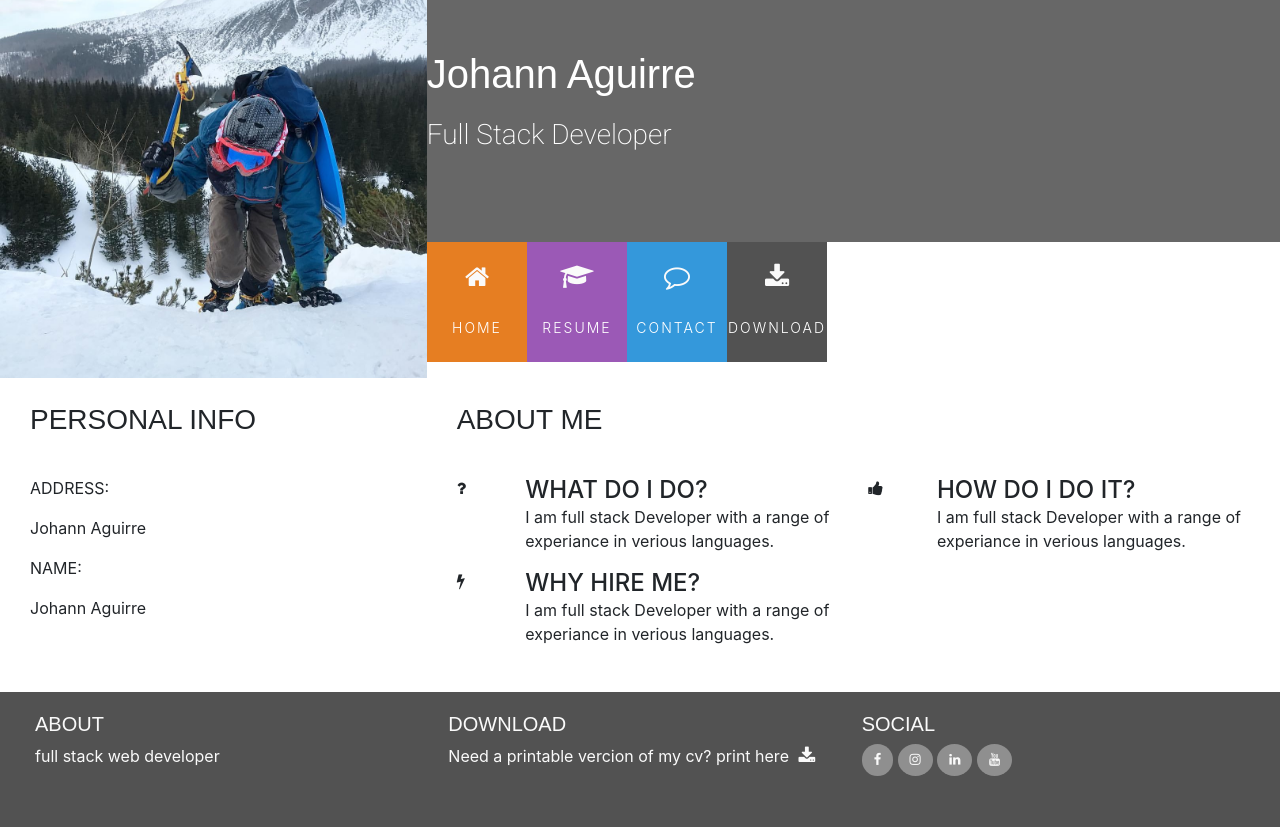
Repository: cachimiro/cv
Page: index.html
The author's editor kept a record of every edit. The page is drawn from the files as they stood at one moment, then again after the next edit.
The browser window is 1280 px wide. The pictures show the whole page.
Some web fonts or font styles are not loaded; a fallback is used. Some web libraries are served in a nearby version.

Above is the page before.

### index.html
<!DOCTYPE html>
<html lang="en">

<head>
    <meta charset="UTF-8">
    <meta name="viewport" content="width=device-width, initial-scale=1.0">
    <meta http-equiv="X-UA-Compatible" content="ie=edge">
    <link rel="stylesheet" href="https://stackpath.bootstrapcdn.com/bootstrap/4.2.1/css/bootstrap.min.css" type="text/css" />
    <link rel="stylesheet" href="https://stackpath.bootstrapcdn.com/font-awesome/4.7.0/css/font-awesome.min.css" type="text/css" />
    <link rel="stylesheet" href="https://cdnjs.cloudflare.com/ajax/libs/hover.css/2.3.1/css/hover-min.css" type="text/css" />
    <link rel="stylesheet" href="css/style.css" type="text/css" />
    <title>Johann Aguirre</title>
</head>

<body>
    <header>
        <div class="row no-gutters">
            <a href="index.html" class="col-md-4 logo">

            </a>
            <div class="col-md-8">
                <div class="row no-gutters">
                    <div class="col heading bg-color-name-title">
                        <h1 class="name">Johann Aguirre</h1>
                        <h2 class="title">Full Stack Developer</h2>

                    </div>
                </div>
                <div class="row no-gutters inline-block">
                    <div class="col"></div>
                    <ul id="nav" class="list-inline menucontainer">
                        <li class="col-6 col-sm-3 ui-menu-color-home list-inline-item menuitem">
                            <a href="#" class="hvr-sweep-to-bottom"><i class="fa fa-home " aria-hidden="true"></i><span>Home</span></a>
                        </li>
                        <li class="col-6 col-sm-3 ui-menu-color-resume list-inline-item menuitem">
                            <a href="#" class="hvr-sweep-to-bottom"><i class="fa fa-graduation-cap"aria-hidden="true"></i> <span>Resume</span></a>
                        </li>
                        <li class="col-6 col-sm-3 ui-menu-color-contact list-inline-item menuitem">
                            <a href="#" class="hvr-sweep-to-bottom"><i class="fa fa-comment-o" aria-hidden="true"></i><span>Contact</span></a>
                        </li>
                        <li class="col-6 col-sm-3 ui-menu-color-download list-inline-item menuitem">
                            <a href="#" class="hvr-sweep-to-bottom"><i class="fa fa-download" aria-hidden="true"></i><span>Download</span></a>
                        </li>

                        </li>
                    </ul>

                </div>

            </div>
        </div>
    </header>
    <section class="container-fluid">
        <div class="row">
            <div class="col-md-4 bg-color-personal-info section-column">
                <div class="row">
                    <div class="col-12">
                        <h3 class="section-heading uppercase">Personal Info</h3>
                    </div>
                </div>
                <div class="personal-info-item">
                    <div class="key">
                        <p class="uppercase">
                            ADDRESs:

                        </p>
                    </div>
                    <div class="value">
                        <p>
                            Johann Aguirre

                        </p>
                    </div>
                </div>
                 <div class="personal-info-item">
                    <div class="key">
                        <p class="uppercase">
                            NAME:

                        </p>
                    </div>
                    <div class="value">
                        <p>
                            Johann Aguirre

                        </p>
                    </div>
                </div>
            </div>
            <div class="col-md-8 bg-color-three-reasons section-column">
                <div class="row">
                    <div class="col">
                        <h3 class="section-heading uppercase">About Me</h3>
                    </div>
                </div>
                    <div class="row">
                        <div class="col-10 offset-1 offset-sm-0 col-sm-4 col-md-6">
                            <div class="row">
                                <div class="col-2">
                                    <i class="three-reasons-icon fa fa-question" aria-hidden="true"></i>
                                </div>
                                <div class="col-10">
                                    <h4 class="three-reasons-heading uppercase">What Do I Do?</h4>
                                    <p>I am full stack Developer with a range of experiance in verious languages.</p>
                                </div>
                            </div>
                        </div>
                         <div class="col-10 offset-1 offset-sm-0 col-sm-4 col-md-6">
                            <div class="row">
                                <div class="col-2">
                                    <i class="three-reasons-icon fa fa-thumbs-up" aria-hidden="true"></i>
                                </div>
                                <div class="col-10">
                                    <h4 class="three-reasons-heading uppercase">How do I do it?</h4>
                                    <p>I am full stack Developer with a range of experiance in verious languages.</p>
                                </div>
                            </div>
                        </div>
                         <div class="col-10 offset-1 offset-sm-0 col-sm-4 col-md-6">
                            <div class="row">
                                <div class="col-2">
                                    <i class="three-reasons-icon fa fa-bolt" aria-hidden="true"></i>
                                </div>
                                <div class="col-10">
                                    <h4 class="three-reasons-heading uppercase">why hire me?</h4>
                                    <p>I am full stack Developer with a range of experiance in verious languages.</p>
                                </div>
                            </div>
                        </div>

                    </div>

            </div>
        </div>


    </section>
    <footer class="container-fluid">
        <div id="footer-detail" class="row">
            <div class="col-sm-4">
                <h5 class="uppercase general-sub">About</h5>
                <p class="inline-block">full stack web developer</p>
            </div>
            <div class="col-sm-4">
                <h5 class="uppercase general-sub">Download</h5>
                <p class="inline-block"> Need a printable vercion of my cv? print here
                    <a href="#" target="_blank" class="cv-pdf">
                <i class="fa fa-download" aria-hidden="true"></i>
                <span class="sr-only">Download link</span>
                </a>
                </p>
            </div>
            <div class="col-sm-4">
                <h5 class="uppercase general-sub">Social</h5>
                <ul class="list-inline social-links">
                    <li class="list-inline-item">
                        <a target="_blank" href="#">
                            <i class="fa fa-facebook" aria-hidden="true"></i>
                            <span class="sr-only">Facebook</span>
                        </a>
                    </li>
                    <li class="list-inline-item">
                        <a target="_blank" href="#">
                            <i class="fa fa-instagram" aria-hidden="true"></i>
                            <span class="sr-only">Instagram</span>
                        </a>
                    </li>
                    <li class="list-inline-item">
                        <a target="_blank" href="#">
                            <i class="fa fa-linkedin" aria-hidden="true"></i>
                            <span class="sr-only">Linkedin</span>
                        </a>
                    </li>
                    <li class="list-inline-item">
                        <a target="_blank" href="#">
                            <i class="fa fa-youtube" aria-hidden="true"></i>
                            <span class="sr-only">Youtube</span>
                        </a>
                    </li>
                </ul>

            </div>
        </div>


    </footer>

</body>

</html>

### css/style.css
@import url('https://fonts.googleapis.com/css?family=Roboto:100,200,300,400,500,600,700 | Exo 100,200,300,400,500,600,700');

/*--- colors*/

.bg-color-name-title {
    background-color: #676767;
}
.bg-color-three-reasons{
    background-color: #ffffff;
}

.ui-menu-color-home {
    background-color: #e67e22;


}

.ui-menu-color-resume {
    background-color: #9b59b6;

}

.ui-menu-color-contact {
    background-color: #3498db;

}

.ui-menu-color-download {
    background-color: #525252;
}

/*---- special paddings margins and text--*/

h1,
h2,
h3,
h4{
    margin: 0;

}
.uppercase{
    text-transform: uppercase;
}
.general-sub{
    font-family: "Exo", sans-serif;
    font-weight: 300;
    color: #fafafa;

}
.inline-block{
    display: inline-block;

}
.row-table{
    display: table;
}
.section-column{
    display: table-cell;
    padding: 0 30px 30px;
    float: none;
}

.section-heading{
    font-family: "Exo", sans-serif;
    font-weight: 300;
    margin-top: 25px;
    margin-bottom: 40px;
}


/*------- headings*/

header {
    margin: 0;
}

.logo {
    background: url("../images/johann.jpg");
    background-position: center;
    background-repeat: no-repeat;
    background-size: cover;
    min-height: 360px;
    transition: all .5s ease-in-out;
    -moz-transition: all .5s ease-in-out;
    -webkit-transition: all .5s ease-in-out;
}

.name {
    font-family: "exo", sans-serif;
    font-weight: 100;
    font-size: 40px;
    margin-top: 50px;
    color: #ffffff;
}

.title {
    font-family: "roboto", sans-serif;
    font-weight: 200;
    font-size: 28px;
    margin-top: 20px;
    margin-bottom: 90px;
    color: #ffffff;
}

.list-inline-item:not(:last-child) {
    margin: 0;
}

.menucontainer {
    font-size: 0;
}

.list-inline-item:not(:last-child) {
    margin: 0;
}

.menucontainer {
    font-size: 0;
}

#nav li {
    font-size: 14px;
    padding: 0;

}

.menuitem {
    height: 120px;
    text-align: center;
    padding: 0;
}

.menuitem a {
    width: 100px;
    text-decoration: 0;
    color: #fff;
    height: 120px;
}

.menuitem a i {
    padding: 22px;
    display: block;
    color: #fafafa;
    font-size: 26px;
}

.menuitem span {
    display: block;
    width: 100%;
    padding-top: 5px;
    text-align: center;
    text-transform: uppercase;
    font-size: 14px;
    font-weight: 300;
    letter-spacing: 2px;

}

/*-- hover.css*/

.hvr-sweep-to-bottom:before {
    background: rgb(0, 0, 0, 0.2);
    height: 120px;

}
/*--- footer*/
footer {
    background-color: #525252;
    color: #fafafa;
    min-height: 120px;
    margin: 0;
}
.cv-pdf i {
    font-size: 18px;
    color: #fafafa;
    text-align: center;
    padding-left: 5px;
    transition:all 0.35s ease-in-out;
    -moz-transition:all 0.35s ease-in-out;
    -webkit-transition:all 0.35s ease-in-out;
    -o-transition:all 0.35s ease-in-out;
}
.cv-pdf i:hover{
    color: #e84610
}
.social-links{
    padding-bottom: 15px;
}
.social-links li a i{
    widows: 32px;
    height: 32px;
    padding: 12px;
    border-radius: 50%;
    font-size: 13px;
    line-height: 7px;
    text-align: center;
    color: #fafafa;
    background: #8f8f8f;
     transition:all 0.35s ease-in-out;
    -moz-transition:all 0.35s ease-in-out;
    -webkit-transition:all 0.35s ease-in-out;
    -o-transition:all 0.35s ease-in-out;
}
.social-links li a i:hover{
    background:#e84610;

}
#footer-detail{
    padding: 20px;
}

After the next edit:
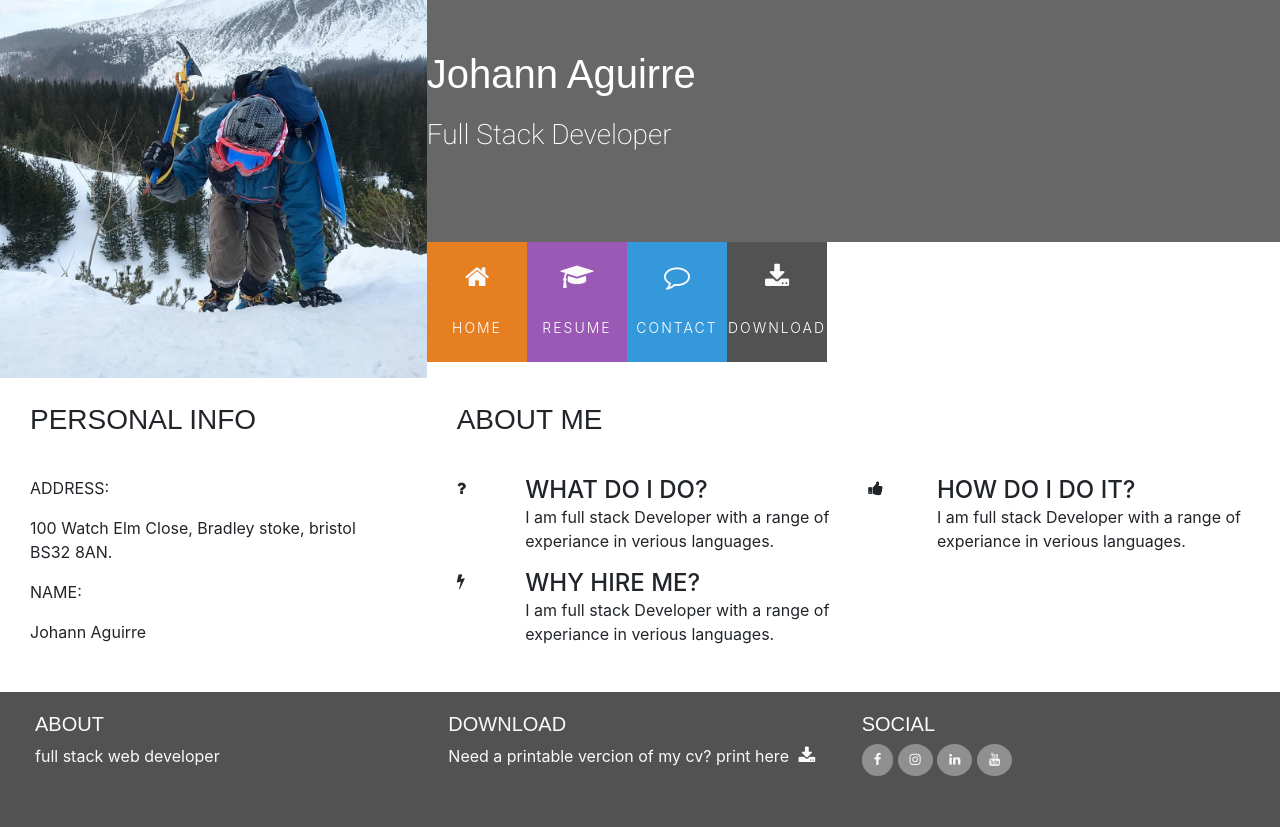
The edit:
--- a/index.html
+++ b/index.html
@@ -67,7 +67,7 @@
                     </div>
                     <div class="value">
                         <p>
-                            Johann Aguirre
+                            100 Watch Elm Close, Bradley stoke, bristol BS32 8AN.
 
                         </p>
                     </div>
